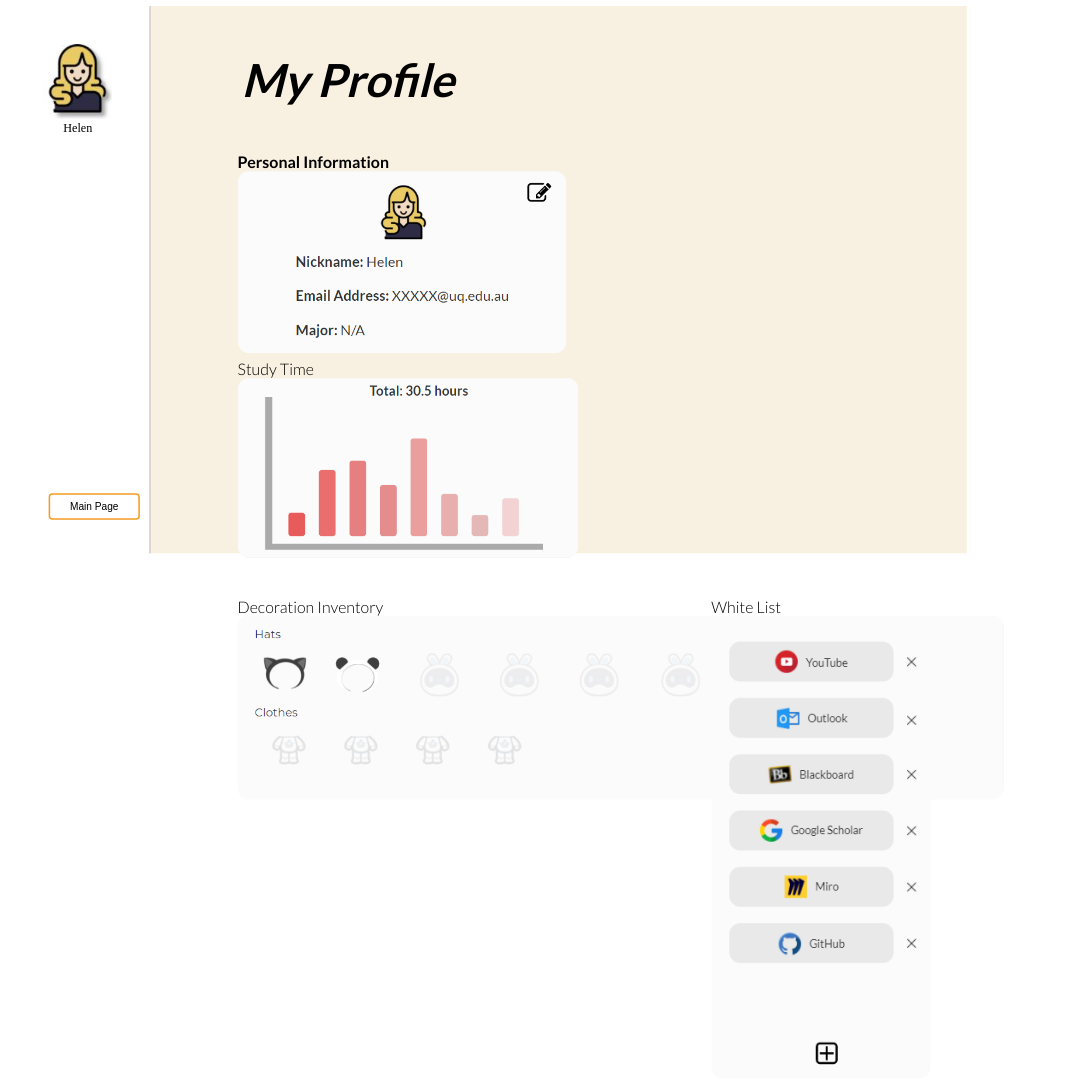
Repository: Team-Extrememe/Online-Study-Room
Page: profile.html
These files come from the project's save history. The page is drawn as it stood at one moment and after the next save; the edit follows.
The browser window is 1280 px wide. The page is 1433 px wide, so the pictures cover 1433 px, including what lies to the right of the window. The pictures show the whole page, at 76% of full size.

Above is the page before, as saved 2021-10-17 15:57:25.

### profile.html
<!DOCTYPE html>
<html lang="en">
<head>
    <meta charset="UTF-8">
    <meta http-equiv="X-UA-Compatible" content="IE=edge">
    <meta name="viewport" content="width=device-width, initial-scale=1.0">
    <link rel="stylesheet" href="css/profile.css">
    <link rel="preconnect" href="https://fonts.googleapis.com">
    <link rel="preconnect" href="https://fonts.gstatic.com" crossorigin>
    <link href="https://fonts.googleapis.com/css2?family=Lato:wght@300;700&display=swap" rel="stylesheet">
    <title>My Profile</title>
</head>
<body>
    <div class="flex_container">
        <div class="flex_left">
            <div class="group">
                <img src="Images/profile_icon.JPG" alt="profile_icon">
                <span class="user_name">Helen</span>
            </div>
            <button class="main_button">Main Page</button>
        </div>
        <div class="flex_right">
            <span class="profile_header">My Profile</span>
            <div class="personal_information">
                <span>Personal Information</span>
                <img class="infoImg" src="Images/information.png" alt="personal_information_table">
            </div>
            <div class="study_time">
                <span>Study Time</span>
                <img class="time_graph" src="Images/study_time.png" alt="study_time_graph">
            </div>
            <div class="decoration_inventory">
                <span>Decoration Inventory</span>
                <img class="inventory" src="Images/inventory.png" alt="inventory">
            </div>
            <div class="white_list">
                <span>White List</span>
                <img src="Images/white_list.png" alt="white_list_websites">
            </div>
        </div>
    </div>

</body>
</html>

### css/profile.css
.flex_container{
    display: flex;
    flex-direction: row;
}

.flex_left{
    width: 15%;
    height: 100vh;
    border-right: 1px solid rgb(121,121,121);
    text-align: center;
}

.flex_right{
    width: 85%;
    height: 100vh;
    background-color: #f8f0e0;
    position: relative;
}

.group{
    vertical-align: top;
    display: inline-block;
    text-align: center;
    width: 120px;
    margin: 0 auto;
    margin-top: 50px;
}

.user_name{
    display: block;
}

.main_button{
    position: absolute;
    bottom: 5%;
    left: 5%;
    width: 120px;
    height: 35px;
    background-color: white;
    border: 2px solid #f59a23;
    border-radius: 5px;
    cursor: pointer;
}

.main_button:hover{
    background-color: #f59a23;
}

.main_button:active{
    background-color: transparent;
}

.profile_header{
    width: 100%;
    float: left;
    font-size: 60px;
    font-weight: bold;
    font-style: italic;
    font-family: 'Lato', sans-serif;
    padding-left: 2em;
    padding-top: 1em;
    padding-bottom: 1em;
}

.personal_information{
    float: left;
    width: 27em;
    height: 17em;
    padding-left: 115px;
}

.personal_information span{
    font-size: 21px;
    font-family: 'Lato', sans-serif;
    font-weight: bold;
}

.infoImg{
    width: 27em;
    border-radius: 15px;
}

.study_time{
    float: left;
    width: 30em;
    padding-left: 115px;
}

.study_time span{
    font-size: 21px;
    font-family: 'Lato', sans-serif;
}

.study_time img{
    width: 28em;
    border-radius: 15px;
}

.decoration_inventory{
    float: left;
    width: 70em;
    padding-left: 115px;
    padding-top: 47px;
}

.decoration_inventory img{
    border-radius: 15px;
    width: 63em;
}

.decoration_inventory span{
    font-size: 21px;
    font-family: 'Lato', sans-serif;
}

.white_list{
    float: right;
    width: 21em;
    margin-top: -270px;
}

.white_list img{
    width: 18em;
    border-radius: 15px;
}

.white_list span{
    font-size: 21px;
    font-family: 'Lato', sans-serif;
}

After the next save:
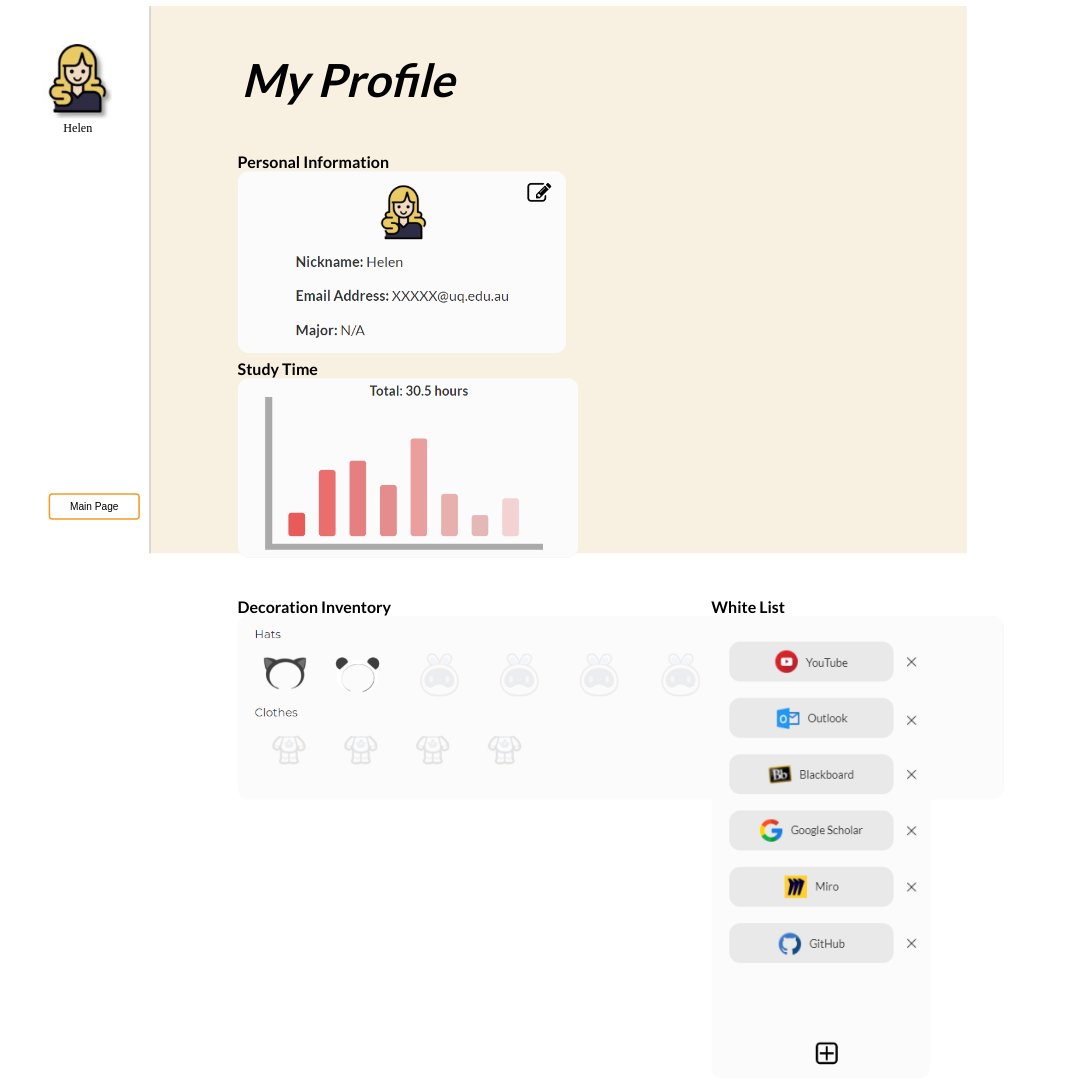
Saved 14 s later.
--- a/css/profile.css
+++ b/css/profile.css
@@ -89,6 +89,7 @@
 .study_time span{
     font-size: 21px;
     font-family: 'Lato', sans-serif;
+    font-weight: bold;
 }
 
 .study_time img{
@@ -111,6 +112,7 @@
 .decoration_inventory span{
     font-size: 21px;
     font-family: 'Lato', sans-serif;
+    font-weight: bold;
 }
 
 .white_list{
@@ -127,4 +129,5 @@
 .white_list span{
     font-size: 21px;
     font-family: 'Lato', sans-serif;
+    font-weight: bold;
 }
